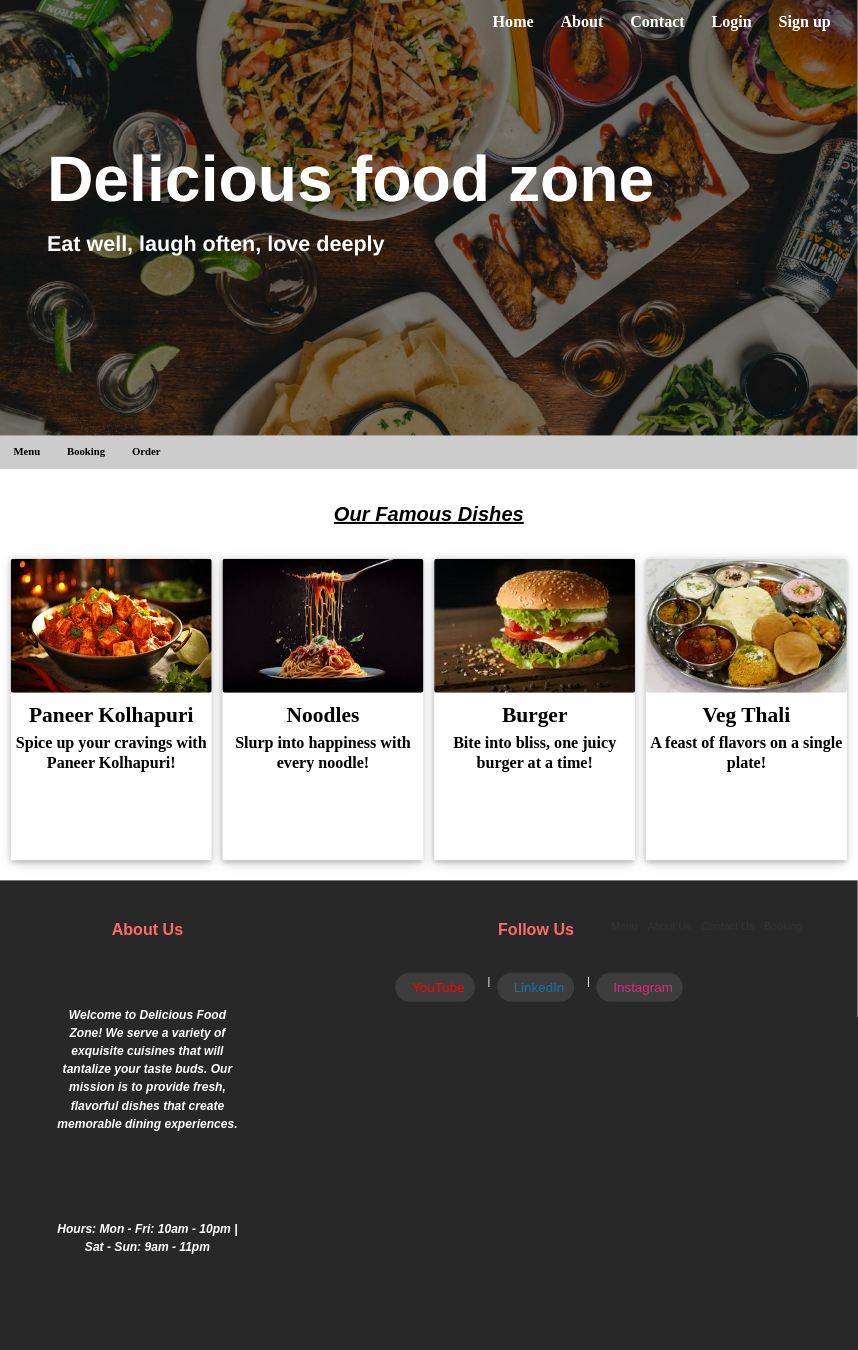
Repository: Shreya-Bonde/Restaurant-management-system
Page: index.html
These files come from the project's save history. The page is drawn as it stood at one moment and after the next save; the edit follows.
The browser window is 1280 px wide. The pictures show the whole page, at 67% of full size.

Above is the page before, as saved 2024-10-17 17:20:04.

### index.html
<!DOCTYPE html>
<html lang="en">
<head>
    <meta charset="UTF-8">
    <meta name="viewport" content="width=device-width, initial-scale=1.0">
    <title>Document</title>
    <link rel="stylesheet" href="style.css">
</head>
<body>
    <header>
        <div class="banner-container">
                <nav class="navbar">
                    <ul>
                        <li><a href="#home">Home</a></li>
                        <li><a href="/about.html">About</a></li>
                        <li><a href="/contact.html">Contact</a></li>
                        <li><a href="/login.html">Login</a></li>
                        <li><a href="#">Sign up</a></li>
                    </ul>
                </nav>
                <div class="centered-text">
                    <h1>Delicious food zone</h1>
                    <h6>Eat well, laugh often, love deeply</h6>
                </div>
         </div>
         <div class="nav-bar">
            <nav>
                <a class="menu-btn" href="#">Menu</a>
                <a class="menu-btn" href="#">Booking</a>
                <a class="menu-btn" href="#">Order</a>
            </nav>
         </div>
    </header>
        <p>Our Famous Dishes</p>
        <div class="Flex">
            <div class="flex-item fitem1">
                <img src="paneer kolhapuri.jpg" alt="">
                <h1>Paneer Kolhapuri</h1>
                <h2>Spice up your cravings with Paneer Kolhapuri!</h2>
            </div>
            <div class="flex-item fitem2">
                <img src="noodles1.jpg" alt="">
                <h1>Noodles</h1>
                <h2>Slurp into happiness with every noodle!</h2>
            </div>
            <div class="flex-item fitem3">
                <img src="burger.jpg" alt="">
                <h1>Burger</h1>
                <h2>Bite into bliss, one juicy burger at a time!</h2>
            </div>
            <div class="flex-item fitem4">
                <img src="veg thali.jpg" alt="">
                <h1>Veg Thali</h1>
                <h2>A feast of flavors on a single plate!</h2>
            </div>
        </div>


    <footer class="footer">
        <div class="footer-container">
            <div class="footer-about">
                <h2>About Us</h2>
                <p>
                    Welcome to Delicious Food Zone! We serve a variety of exquisite cuisines that will tantalize your taste buds. Our mission is to provide fresh, flavorful dishes that create memorable dining experiences.
                </p>
                <p class="para">Hours: Mon - Fri: 10am - 10pm | Sat - Sun: 9am - 11pm</p>
            </div>



            <div class="footer-social">
                <h2>Follow Us</h2>
                <div class="social-icons">
                    <a href="https://www.facebook.com/yourrestaurant" target="_blank" aria-label="Facebook"><i class="fab fa-facebook-f"></i></a>
                    <a href="https://twitter.com/yourrestaurant" target="_blank" aria-label="Twitter"><i class="fab fa-twitter"></i></a>
                    <a href="https://www.instagram.com/yourrestaurant" target="_blank" aria-label="Instagram"><i class="fab fa-instagram"></i></a>
                    <a href="https://www.tripadvisor.com/Restaurant_Review-g1234567-d12345678-Your_Restaurant_Name" target="_blank" aria-label="TripAdvisor"><i class="fab fa-tripadvisor"></i></a>
                </div>

                <div class="sm-handle">
                    <a href="http://www.youtube.com/amandhattarwal" target="_blank" class="yt_handle"
                     rel="noopener noreferrer"> <i class="fa fa-youtube fa-lg yt_handle"></i>YouTube</a>&nbsp;&nbsp;|&nbsp;&nbsp;
                <a href="http://www.linkedin.com/in/dhatterwalaman" target="_blank" class="linkedin_handle"
                rel="noopener noreferrer"> <i class="fa fa-linkedin fa-lg linkedin_handle"></i>LinkedIn</a>&nbsp;&nbsp;|&nbsp;&nbsp;
                <a href="http://www.instagram.com/dhattarwalaman" target="_blank" class="insta_handle"
                 rel="noopener noreferrer"> <i class="fa fa-instagram fa-lg insta_handle"></i>Instagram</a>

                </div>
            </div>

            <div class="footer-links">
                <a href="menu.html">Menu</a>
                 <a href="about.html">About Us</a>
                 <a href="contact.html">Contact Us</a>
                 <a href="reservations.html">Booking</a>
            </div>
        </div>


        <!-- <div class="footer-bottom">
            <p>&copy; 2024 Delicious Food Zone. All rights reserved.</p>
        </div> -->
    </footer>

</body>
</html>

### style.css
* {
    box-sizing: border-box;
    margin: 0;
    padding: 0;
}
.banner-container {
    background-image: url(background1.jpg);
    background-repeat: no-repeat;
    background-size: cover;
    position: relative;
    width: 100%;
    height: 650px;
}
.navbar {
    position: absolute;
    top: 0;
    right: 0;
    padding: 20px;
}
.centered-text {
    position: absolute;
    top: 30%;
    left: 70px;
    color: white;
    line-height: 1.5;
    font-weight: bold;
    font-size: 3rem;
    font-family: 'Franklin Gothic Medium', 'Arial Narrow', Arial, sans-serif;
}
h6 {
    justify-content: center;
    margin-bottom: 20px;
}
nav ul {
    list-style-type: none;
    margin: 0;
    padding: 0;
    display: flex;
    justify-content: right;
    font-size: 1.5rem;
}
nav ul li {
    margin: 0 20px;
}
nav ul li a {
    color: white;
    text-decoration: none;
    font-weight: bold;
}
nav ul li a:hover {
    text-decoration: underline;
}
.nav-bar {
    display: flex;
    background-color: #ccc;
    height: 50px;
    background-attachment: fixed;
}
.menu-btn {
    display: block;
    float: left;
    color: black;
    text-align: center;
    text-decoration: none;
    padding: 15px 20px;
    position: sticky;
    font-weight: bold;
}
.menu-btn:hover {
    background-color: #ddd;
    color: black;
}
.Flex {
    width: 100%;
    display: flex;
    flex-wrap: wrap;
    box-sizing: gray;
    align-items: center;
    justify-content: space-evenly;
}
.flex-item {
    box-shadow: 0 2px 6px 0 rgba(0,0,0,0.2), 0 4px 16px 0 rgba(0,0,0,0.2);
    margin: 0;
    padding: 0;
}
.flex-item img {
 width: 100%;
 object-fit: fill;
}
.flex-item {
    margin-top: 20px;
    margin-bottom: 30px;
    display: inline-block;
    background-color: white;
    width: 300px;
    height: 450px;
    text-align: center;
}
.flex-item:hover {
    transform: scale(1.05);
}
img {
    width: 100%;
    height: 200px;
    object-fit: fill;
    border-radius: 4px;
}
p {
    text-align: center;
    font-size: 30px;
    font-weight: bold;
    font-style: oblique;
    font-family: Arial, Helvetica, sans-serif;
    padding: 50px 20px 30px;
    text-decoration: underline;
}
.flex-item h2 {
    line-height: 1.2;
}
.flex-item h1 {
    padding-top: 10px;
    padding-bottom: 10px;
}

footer {
    background-color: #282828;
    color: #fff;
    padding: 40px 20px;
    text-align: center;
    font-family: 'Arial', sans-serif;
}

.footer-container {
    display: flex;
    justify-content: space-between;
    flex-wrap: wrap;
    max-width: 1200px;
    margin: 0 auto;
    padding: 20px;
}

.footer-about,
.footer-links,
.footer-social {
    flex: 1;
    min-width: 250px;
}

.footer-about h2,
.footer-links h2,
.footer-social h2 {
    color: #ff6b6b;
    margin-bottom: 10px;
}

.footer-about p {
    text-decoration: none;
    line-height: 1.5;
    font-size: 18px;
    margin: 50px 0;

}


/* .footer-links a {
    display: inline-block;
    float: right;
    color: white;
    text-align: center;
    text-decoration: none;
    padding: 15px 20px;
    position: sticky;
    color: #ff6b6b;
    text-decoration: none;
    transition: color 0.3s ease;
}

.footer-links a:hover {
    color: #fff;
} */
.footer-links {
    margin-top: 0px; /* Add some space above the links */
}

.footer-links a {
    display: inline-block;
    margin-right: 10px; /* Spacing between the links */
    text-decoration: none;
    color: #333; /* You can change the color if needed */
}

.footer-links a:hover {
    color: #007BFF; /* Hover effect on links */
}
.footer-social {
    margin-left: 200px; /* Adjust this value to shift further or less */
}
.footer-social .social-icons {
    display: flex;
    justify-content: center;
    margin-top: 10px;
}
.footer-social h2 {
    margin-bottom: 35px;
    margin-left: 120px; /* Adjust this value to control the shift */
}
.footer-social .social-icons a {
    color: #ff6b6b;
    margin-left: 10px;
    font-size: 24px;
    transition: color 0.3s ease;
}

.footer-social .social-icons a:hover {
    color: #fff;
}
.sm-handle {
    display: flex;          /* Use flexbox to align items horizontally */
    flex-wrap: nowrap;      /* Prevent items from wrapping to the next line */
    justify-content: space-between; /* Add space between items */
    align-items: center;    /* Center them vertically */
    margin-top: 10px;       /* Add some space above the sm-handle */
}
.sm-handle a {
    background-color: rgb(125 125 125 / 25%);
    padding: 10px 15px;
    border-radius: 30px;
    margin: 5px 10px;
    text-decoration: none;
    font-size: 1.25em;
}

.sm-handle a:hover {
    background-color: rgb(30 30 30 / 25%);
}

.sm-handle a i {
    margin: 5px;
}
.yt_handle {
    color: #FF0000;
}

  .linkedin_handle {
    color: #0e76a8;
}

.insta_handle {
    color: #dd2a7b;
}

.footer-bottom {
    margin-top: 20px;
    font-size: 10px;
    color: #ccc;
}

After the next save:
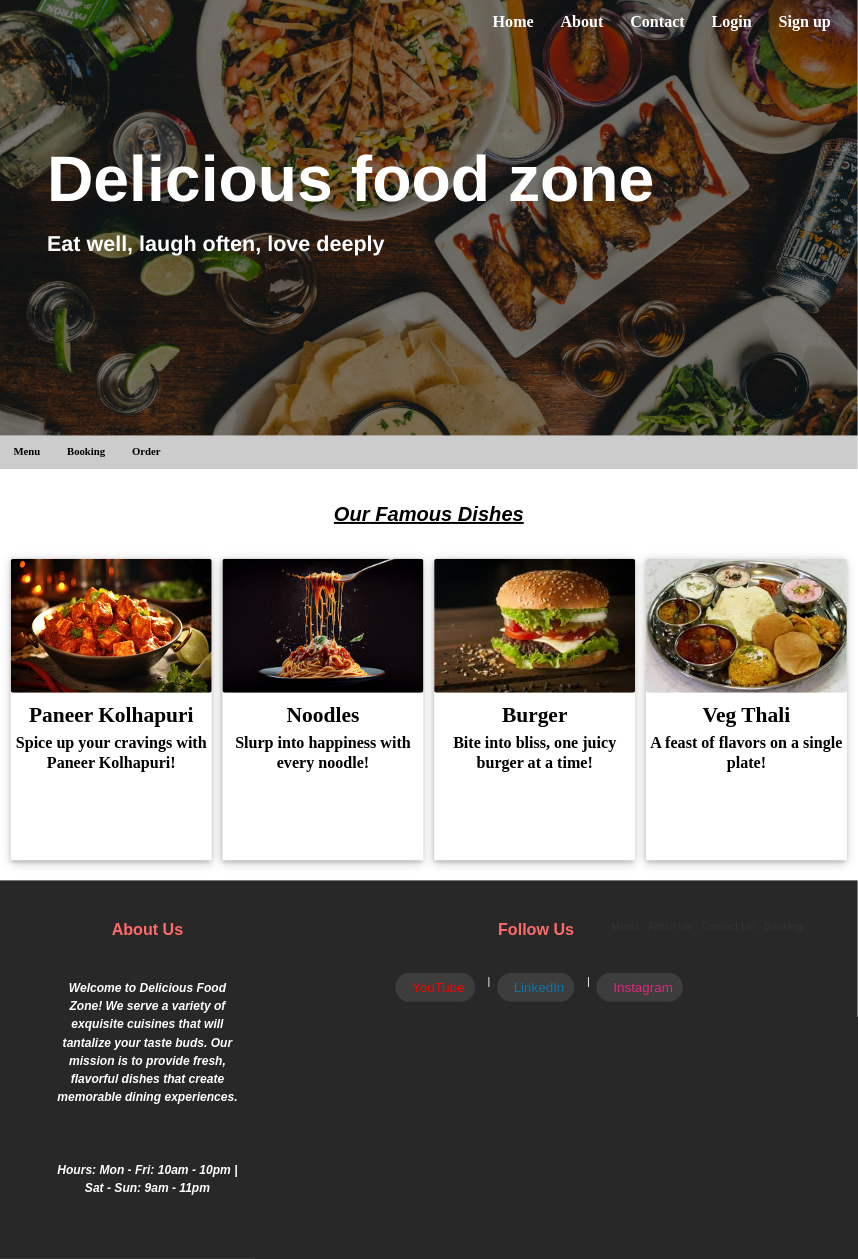
Saved 9 s later.
--- a/style.css
+++ b/style.css
@@ -158,7 +158,7 @@ footer {
     line-height: 1.5;
     font-size: 18px;
     margin: 50px 0;
-
+    margin: 2px 0;
 }
 
 
